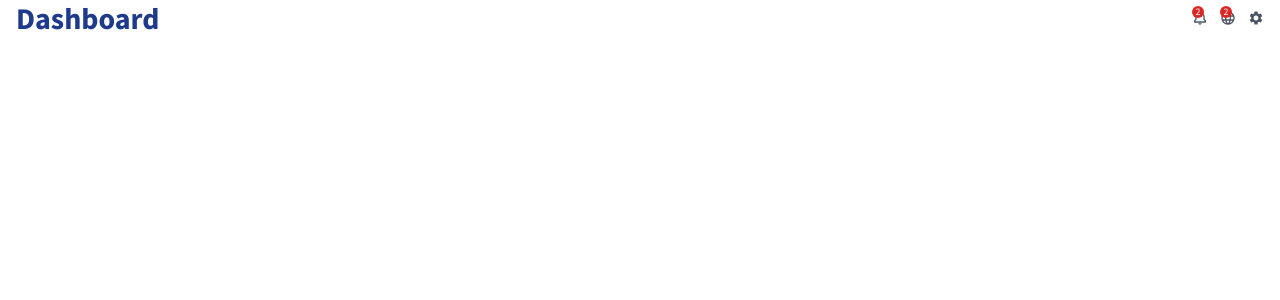
Repository: nation430/React-AdminDashboard
Page: /
The author's editor kept a copy of each file at every save. The page is drawn from the files as they stood at one save, then again after the next save.
The browser window is 1280 px wide. The pictures show the whole page.
The project was rebuilt for these pictures with package versions that can differ from the ones it lists, and the page was loaded fresh each time.

Above is the page before, as saved 2022-08-08 15:16:52.

After the next save:
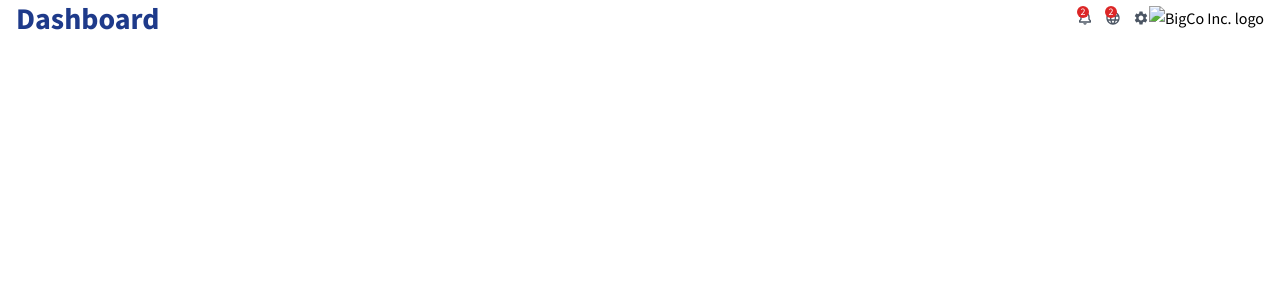
Not found: images/logo.jpg
Saved 3 days later.
--- a/src/components/topbar/Topbar.jsx
+++ b/src/components/topbar/Topbar.jsx
@@ -30,6 +30,7 @@
                 <div className="topbarIconsContainer relative cursor-pointer ... ml-3 text-gray-600">
                 < MdSettings  />
                 </div>
+                <img src="images/logo.jpg" alt="BigCo Inc. logo"  className="topAvater"/>
                 <img src="" className="topAvater"/>
             </div>
             </div>

After the 3 saves that followed:
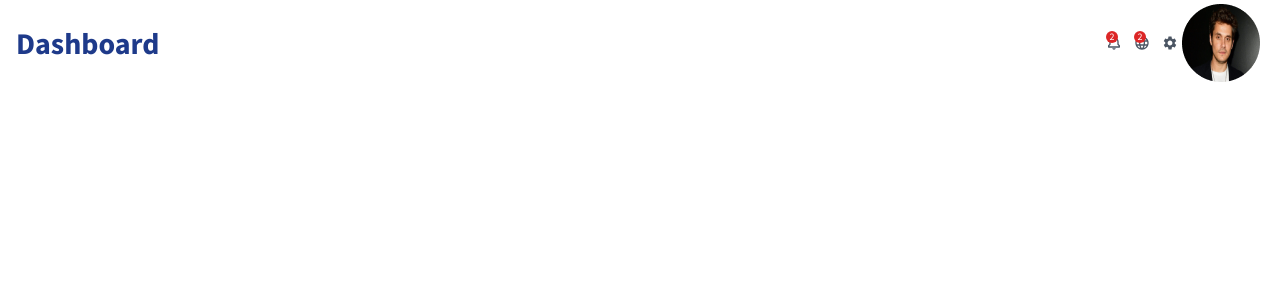
The 3 saves are shown as one change because 2 left the picture as it was.
The last was saved 8 min 51 s later.
--- a/src/components/topbar/Topbar.jsx
+++ b/src/components/topbar/Topbar.jsx
@@ -30,8 +30,8 @@
                 <div className="topbarIconsContainer relative cursor-pointer ... ml-3 text-gray-600">
                 < MdSettings  />
                 </div>
-                <img src="images/logo.jpg" alt="BigCo Inc. logo"  className="topAvater"/>
-                <img src="" className="topAvater"/>
+                <img src="images/img.png" alt="BigCo Inc. logo"  className="topAvater"/>
+
             </div>
             </div>
         </div>
